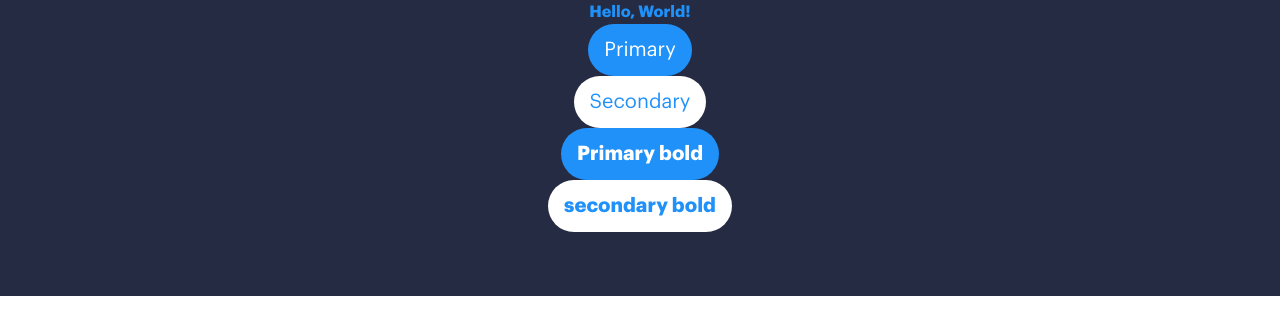
Repository: SK3010z/figmaland-tailwind
Page: /
An editor plug-in stored every save of this project. The page is shown before and after the next save, followed by the edit.
The browser window is 1280 px wide. The pictures show the whole page.
The project was rebuilt for these pictures with package versions that can differ from the ones it lists, and the page was loaded fresh each time. Also part of the build but not shown: vite.config.js, src/mediaQueries.jsx.

Above is the page before, as saved 2024-08-16 14:59:36.

After the next save:
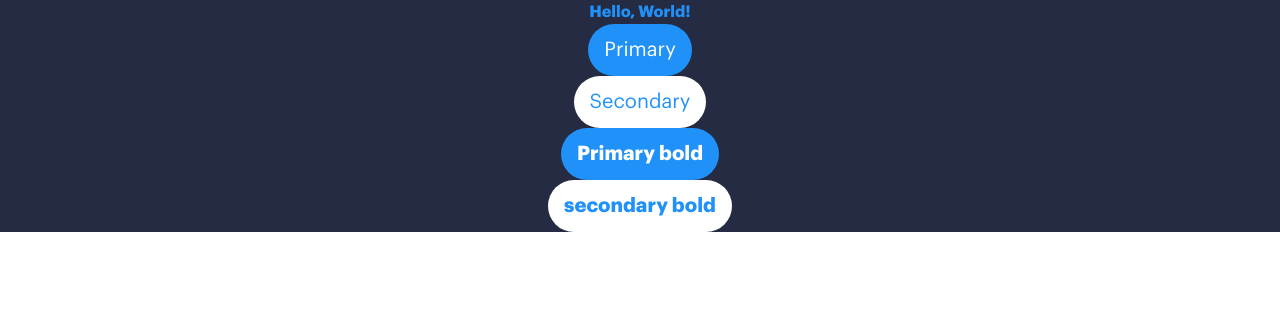
Saved 62 s later.
--- a/src/App.jsx
+++ b/src/App.jsx
@@ -2,7 +2,7 @@
 
 function App() {
   return (
-    <div className="bg-darkBrackground justify-center pb-16 text-center justify-items-center">
+    <div className="bg-darkBrackground justify-center h-full text-center justify-items-center">
       <h1 className="text-primary bg-darkBrackground font-graphik-bold">Hello, World!</h1>
       <Button>Primary</Button>
       <Button variant="secondary">Secondary</Button>

After the 2 saves that followed:
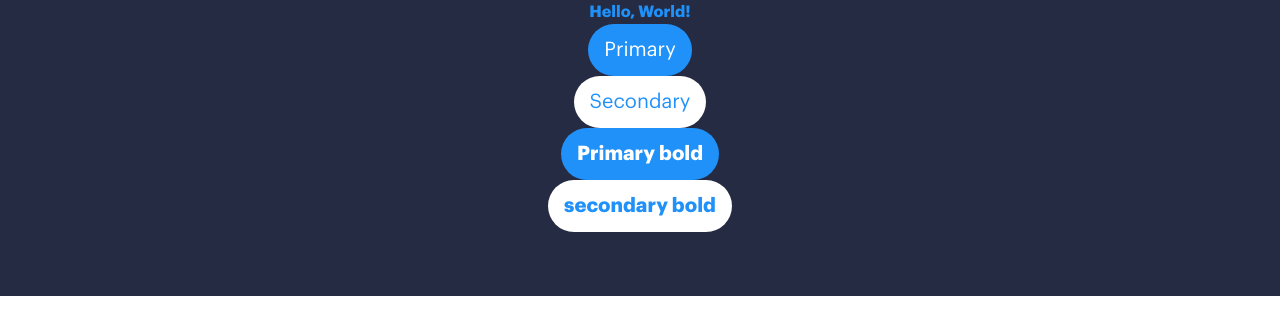
The 2 saves are shown as one change because 1 left the picture as it was.
The last was saved 17 s later.
--- a/src/App.jsx
+++ b/src/App.jsx
@@ -2,7 +2,7 @@
 
 function App() {
   return (
-    <div className="bg-darkBrackground justify-center h-full text-center justify-items-center">
+    <div className="bg-darkBrackground justify-center pb-16 text-center justify-items-center">
       <h1 className="text-primary bg-darkBrackground font-graphik-bold">Hello, World!</h1>
       <Button>Primary</Button>
       <Button variant="secondary">Secondary</Button>
